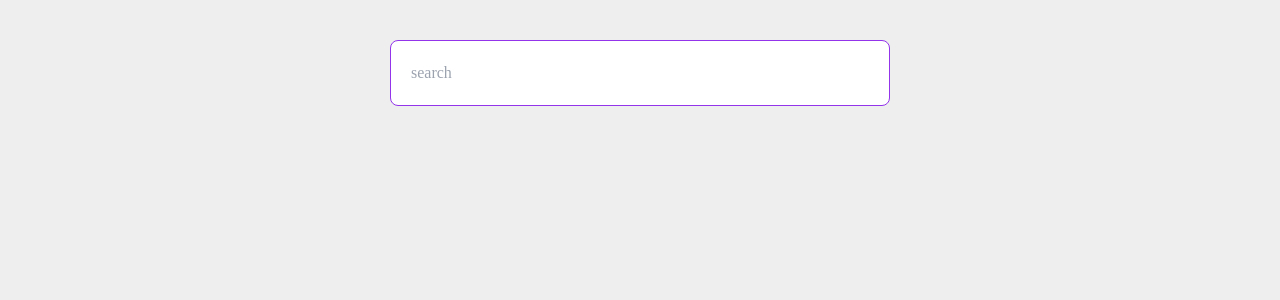
Repository: 16-Doffy/Fe-Khhoahoc
Page: /
These files come from the project's save history. The page is drawn as it stood at one moment and after the next save; the edit follows.
The browser window is 1280 px wide. The pictures show the whole page.
The page's requests for data from a server got no answer. The project was rebuilt for these pictures with package versions that can differ from the ones it lists, and the page was loaded fresh each time. No one was signed in, and anything a server would have sent is missing. Also part of the build but not shown: src/App.css.

Above is the page before, as saved 2025-02-11 03:32:22.

After the next save:
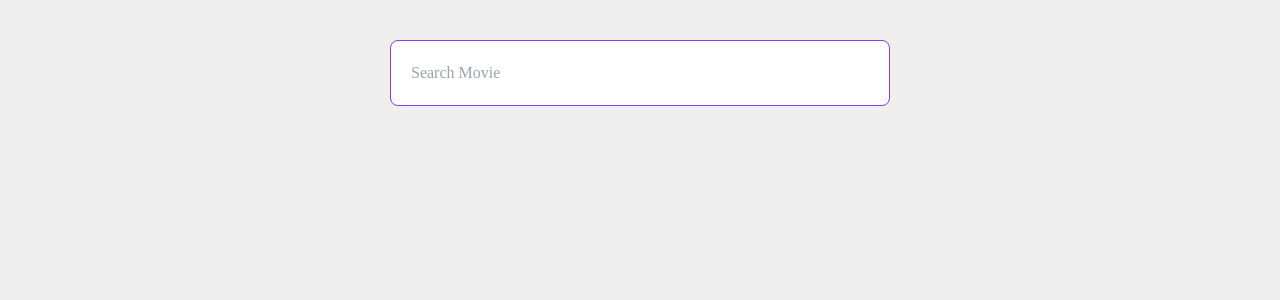
Saved 37 s later.
--- a/src/components/MovieSearchApp.js
+++ b/src/components/MovieSearchApp.js
@@ -28,7 +28,7 @@ const MovieSearchApp = () => {
           type="text"
           className="w-full p-5 rounded-lg border border-purple-600
                 shadow-[0px_0px_0px_3px(125,_106,_255,_0.2)]"
-          placeholder="search"
+          placeholder="Search Movie"
           onChange={(e) => setQuery(e.target.value)}
         //   onChange={handleChange}
         />
